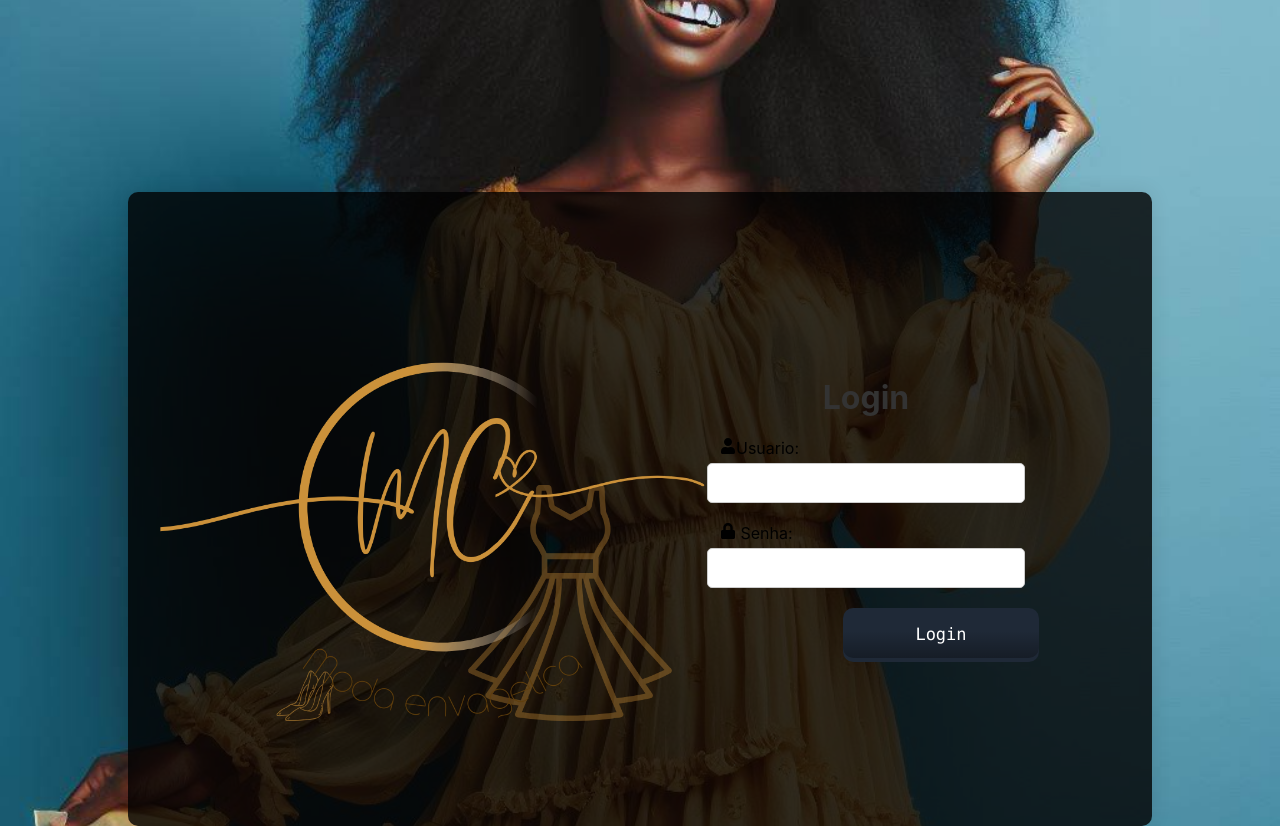
Repository: Mixchelle/ecommerce-moda-evangelica
Page: /login-admin
These files come from the project's save history. The page is drawn as it stood at one moment and after a run of saves; the edit follows.
The browser window is 1280 px wide. The pictures show the whole page.
The project was rebuilt for these pictures with package versions that can differ from the ones it lists, and the page was loaded fresh each time. Also part of the build but not shown: src/components/Header.js, src/components/CategoriesFilter.js, src/pages/Home.js, src/pages/Login.js, src/pages/Admin.js, src/pages/Cart.js.

Above is the page before, as saved 2024-04-29 22:15:28.

After the next 3 saves:
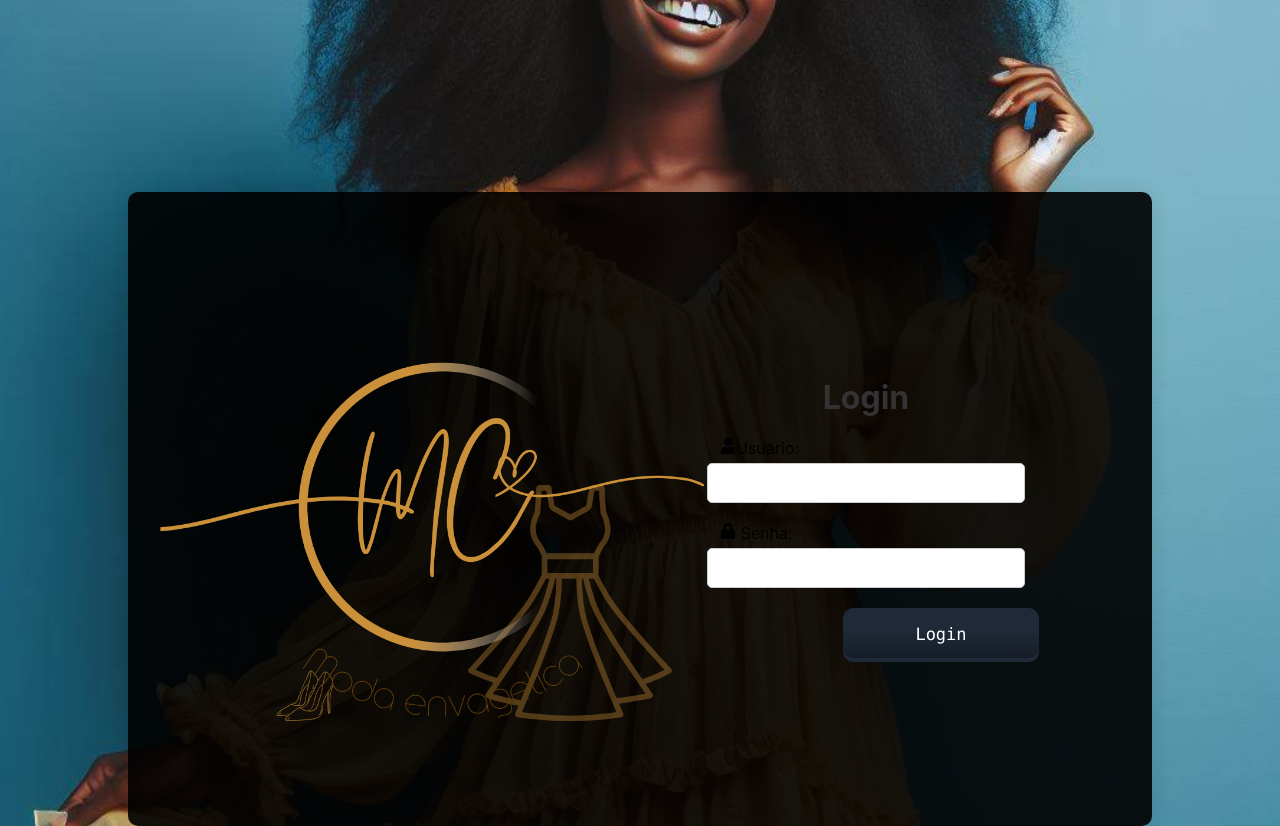
The 3 saves are shown as one change because they came seconds apart.
The last was saved 14 s later.
--- a/src/style/Login.css
+++ b/src/style/Login.css
@@ -17,7 +17,7 @@
   width: 80%;
   justify-content: center;
   align-items: center;
-  background-color: rgba(0, 0, 0, 0.8);
+  background-color: rgba(0, 0, 0, 0.9);
   border-radius: 10px;
   box-shadow: 0 0 20px rgba(0, 0, 0, 0.1);
 }
